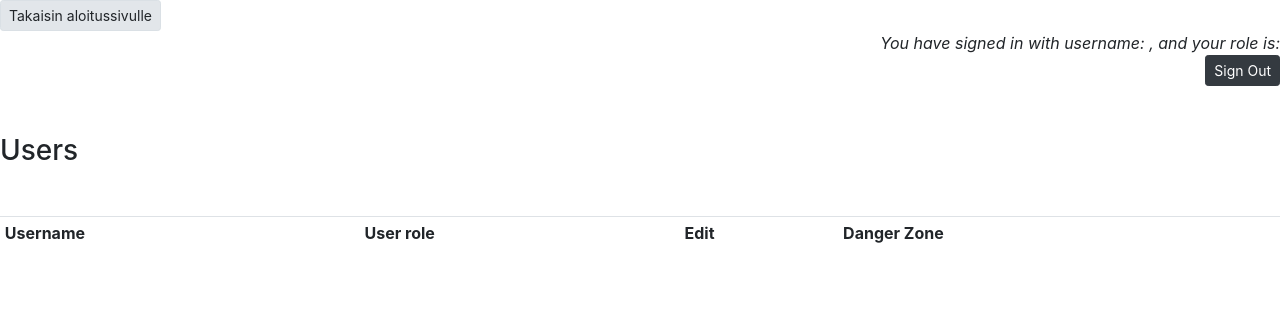
Repository: LiljestromNadja/Backend_s2023_harjoitustyo
Page: http://localhost/userlist
The author's editor kept a copy of each file at every save. The page is drawn from the files as they stood at one save, then again after the next save.
The browser window is 1280 px wide. The pictures show the whole page.
The page is this project's Thymeleaf template; nobody is signed in. The template is opened directly, without the code that normally fills it, so the values that code supplies are empty.

Above is the page before, as saved 2023-11-10 15:07:59.

### harkkas23v01/src/main/resources/templates/userlist.html
<!DOCTYPE html>
<html xmlns:th="http://www.thymeleaf.org">
	<head>
		<title>Käyttäjät</title>
		<meta http-equiv="Content-Type" content="text/html" charset="UTF-8" />
		<!-- Bootstrap-linkki vaihdettu tähän 04-10-2023 -->
		<link rel="stylesheet" href="https://cdn.jsdelivr.net/npm/bootstrap@4.0.0/dist/css/bootstrap.min.css" integrity="sha384-Gn5384xqQ1aoWXA+058RXPxPg6fy4IWvTNh0E263XmFcJlSAwiGgFAW/dAiS6JXm" crossorigin="anonymous"> <!-- Lisättiin tyyli, bootstrap 4.0 -->
	</head>
<body>
	<a href="/index"><button class="text-left btn btn-light btn-sm">Takaisin aloitussivulle</button></a>
	<div class="text-right">
		<i>You have signed in with username: <b sec:authentication="name"></b>,
			and your role is: <b sec:authentication="principal.authorities"></b>
		</i>
		</br>
		<form class="text-right" th:action="@{/logout}" method="post">
			<input type="submit" value="Sign Out" class="btn btn-sm btn-dark" />
		</form>
	</div>


	<br></br>
	<h3>Users</h3>
	<div style="clear: both; display: block; height: 40px;"></div>
	<table class="table table-hover table-sm">
		<tr>
			<th >Username</th>
			<th>User role</th>
			<th>Edit</th>
			<th>Danger Zone</th>
		</tr>
		<tr th:each="user : ${users}"><!-- MUISTA DOLLARIT, muuten voi mennä tovi jos toinenkin ihmettelyyn-->
			<td th:text="${user.username}"></td>
			<td th:text="${user.role}"></td>
			<td sec:authorize="hasAuthority('ADMIN')"><a th:href="@{/admin/editUser/{id}(id=${user.id})}" class="btn btn-xs btn-success btn-sm">Edit</a></td>
			<td sec:authorize="hasAuthority('ADMIN')"><a th:href="@{/admin/deleteuser/{id}(id=${user.id})}" class="btn btn-xs btn-danger btn-sm">Delete</a></td>
		</tr>
	</table>
	<br></br>

	<a sec:authorize="hasAuthority('ADMIN')" href="/admin/register"><button type="button" class="btn btn-light">Add user</button></a>


	<!--
	<div class="col-md-4" style="padding: 20px 0">
		<form th:action="@{/logout}" method="post">
			<input type="submit" value="Sign Out" class="btn btn-sm btn-danger" />
		</form>
	</div> -->





</body>
</html>

After the next save:
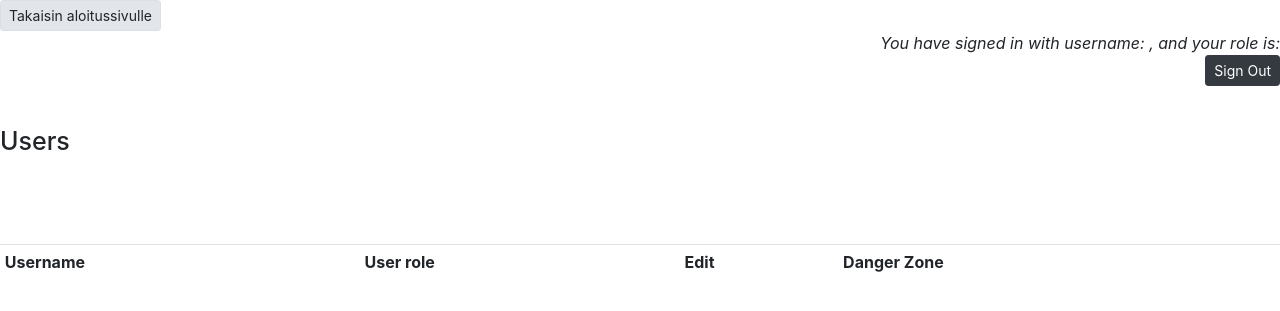
Saved 93 s later.
--- a/harkkas23v01/src/main/resources/templates/userlist.html
+++ b/harkkas23v01/src/main/resources/templates/userlist.html
@@ -7,20 +7,22 @@
 		<link rel="stylesheet" href="https://cdn.jsdelivr.net/npm/bootstrap@4.0.0/dist/css/bootstrap.min.css" integrity="sha384-Gn5384xqQ1aoWXA+058RXPxPg6fy4IWvTNh0E263XmFcJlSAwiGgFAW/dAiS6JXm" crossorigin="anonymous"> <!-- Lisättiin tyyli, bootstrap 4.0 -->
 	</head>
 <body>
+
 	<a href="/index"><button class="text-left btn btn-light btn-sm">Takaisin aloitussivulle</button></a>
 	<div class="text-right">
 		<i>You have signed in with username: <b sec:authentication="name"></b>,
 			and your role is: <b sec:authentication="principal.authorities"></b>
 		</i>
-		</br>
+		<br>
 		<form class="text-right" th:action="@{/logout}" method="post">
 			<input type="submit" value="Sign Out" class="btn btn-sm btn-dark" />
 		</form>
 	</div>
 
 
-	<br></br>
-	<h3>Users</h3>
+	<div style="clear: both; display: block; height: 40px;"></div>
+	<h1 style="font-size: 25px">Users</h1>
+	<div style="clear: both; display: block; height: 40px;"></div>
 	<div style="clear: both; display: block; height: 40px;"></div>
 	<table class="table table-hover table-sm">
 		<tr>
@@ -41,16 +43,6 @@
 	<a sec:authorize="hasAuthority('ADMIN')" href="/admin/register"><button type="button" class="btn btn-light">Add user</button></a>
 
 
-	<!--
-	<div class="col-md-4" style="padding: 20px 0">
-		<form th:action="@{/logout}" method="post">
-			<input type="submit" value="Sign Out" class="btn btn-sm btn-danger" />
-		</form>
-	</div> -->
-
-
-
-
 
 </body>
 </html>
